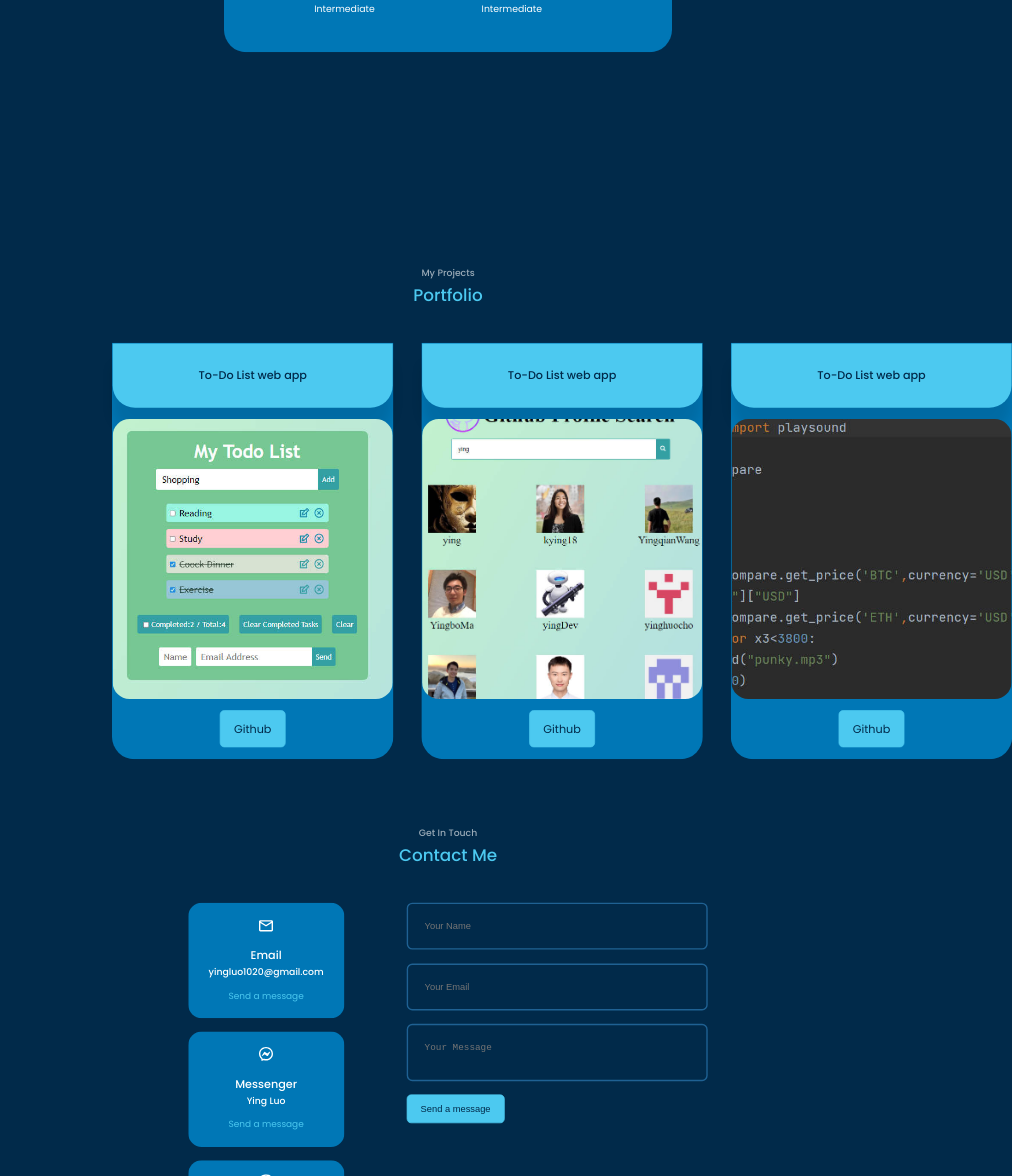
Repository: yingluo1020/react-portfolio-website
Page: /
These files come from the project's save history. The page is drawn as it stood at one moment and after the next save; the edit follows.
The browser window is 1280 px wide. The page is 1446 px wide, so the pictures cover 1446 px, including what lies to the right of the window. The pictures show the part of the page from y = 1662 to 3342 px (the page is 3983 px tall), at 70% of full size.
The project was rebuilt for these pictures with package versions that can differ from the ones it lists, and the page was loaded fresh each time. Imported but missing from the stored project, and not drawn on this page: src/assets/cv1.pdf.

Above is the page before, as saved 2022-03-16 10:39:08.

### src/index.css
@import url('https://fonts.googleapis.com/css2?family=Poppins:wght@300;400;500;600&display=swap');

* {
 margin: 0;
 padding: 0;
 border: 0;
 outline: 0;
 box-sizing: border-box;
 list-style: none;
 text-decoration: none;
}

:root {
    --color-bg:#012a4a;
    --color-bg-variant:#0077b6;
    --color-primary:#4cc9f0;
    --color-primary-variant:rgba(77,181,255,0.4);
    --color-white:#fff;
    --color-light:rgba(255,255,255,0.6);

    --transition:all 400ms ease;

    --container-width-lg:75%;
    --container-width-md:86%;
    --container-width-sm:90%;
}

html {
    scroll-behavior:smooth;
}

::-webkit-scrollbar {
    display: none;
}

body {
    font-family: 'Poppins', sans-serif;
    background: var(--color-bg);
    color:var(--color-white);
    line-height:1.7;
}

/* general styles */
.container {
    width:var(--container-width-lg);
    margin: 0 auto;
}

h1,
h2,
h3,
h4,
h5 {
    font-weight: 500;
}

h1 {
    font-size: 2.5rem;
}

section {
    margin-top: 5rem;
    min-height: 100vh;
}

section > h2, section > h5 {
    text-align: center;
    color: var(--color-light);
}

section > h2 {
    color: var(--color-primary);
    margin-bottom: 3rem;
}

.text-light {
    color: var(--color-light);
}

a {
    color: var(--color-primary);
    transition: var(--transition);
}

a:hover {
    color: var(--color-white);
}

.btn {
    width: max-content;
    display: inline-block;
    color: var(--color-primary);
    padding: 0.75rem 1.2rem;
    border-radius:0.4rem;
    cursor: pointer;
    border: 1px solid var(--color-primary);
    transition: var(--transition);
}

.btn:hover{
    background: var(--color-white);
    color: var(--color-bg);
    border-color: transparent;
}

.btn-primary {
    background: var(--color-primary);
    color: var(--color-bg);
}

img{
    display: block;
    width: 100%;
    object-fit: cover;
}

/* media queries(medium devices)*/
@media screen and (max-width:1024px) {
    .container {
        width: var(--container-width-sm);
    }

    section> h2 {
        margin-bottom: 2rem;
    }
}

### src/components/header/Header.js
import React from 'react'
import avatar from '../../assets/avatar.JPG'
import './header.css';
import CV from '../../assets/cv1.pdf'


function Header() {
    return (
        <header>
            <div className="container header_container">
                <h5>Hello, I'm</h5>
                <h1>Ying Luo</h1>
                <h5 className="text-light">Front-end Developer</h5>

                <div className='cta'>
                    <a href={CV} download className='btn'>Download My CV</a>
                    <a href="#contact" className='btn btn-primary'>Contact me</a>
                </div>
            </div>
        </header>
    )
}

export default Header

### src/components/nav/Nav.js
import React, { useState } from 'react'
import './nav.css'
import { AiOutlineHome, } from 'react-icons/ai'
import { AiOutlineUser } from 'react-icons/ai'
import { BiBook } from 'react-icons/bi'
import { AiOutlineFundProjectionScreen } from 'react-icons/ai'
import { BiMessageSquareDetail } from 'react-icons/bi'


function Nav() {
    const [activeNav, setActiveNav] = useState('#')
    return (
        <nav>
            <a href="#" onClick={() => setActiveNav('#')} className={activeNav === '#' ? 'active' : ''}><AiOutlineHome /></a>
            <a href="#about" onClick={() => setActiveNav('#about')} className={activeNav === '#about' ? 'active' : ''}><AiOutlineUser /></a>
            <a href="#experience" onClick={() => setActiveNav('#experience')} className={activeNav === '#experience' ? 'active' : ''}><BiBook /></a>
            <a href="#portfolio" onClick={() => setActiveNav('#services')} className={activeNav === '#services' ? 'active' : ''}><AiOutlineFundProjectionScreen /></a>
            <a href="#contact" onClick={() => setActiveNav('#contact')} className={activeNav === '#contact' ? 'active' : ''}><BiMessageSquareDetail /></a>
        </nav>
    )
}

export default Nav

### src/components/about/About.js
import React from 'react'
import avatar from '../../assets/avatar.JPG'
import { FaChalkboardTeacher } from 'react-icons/fa'
import { VscFolderLibrary } from 'react-icons/vsc'
import { FaGithub } from 'react-icons/fa';
import './about.css';

function About() {
    return (
        <section id='about'>
            <h5>My Intro</h5>
            <h2>About Me</h2>

            <div className="container about_container">
                <div className="about_me">
                    <div className="about_image">
                        <img src={avatar} alt="About Image" />
                    </div>
                </div>

                <div className="about_content">
                    <div className="about_cards">
                        <article className="about_card">
                            <FaChalkboardTeacher className='about_icon' />
                            <h5> Self-learner on Frontend </h5>
                            <small>HTML/CSS, JavaScript, React, Axios...</small>
                        </article>

                        <article className="about_card">
                            <VscFolderLibrary className='about_icon' />
                            <h5>Personal IT Projects </h5>
                            <small>10+ completed:  </small>
                            <a href="https://github.com/yingluo1020" target="_blank"><FaGithub /></a>
                        </article>
                    </div>

                    <p>I am a highly motivated self-learner software developer with experience in developing a wide range of web applications and software. My core experience is on building front-end applications using HTML, CSS, JavaScript and React. Furthermore, I have developed various automated applications using Python to reduce repetitive and time-consuming tasks. I am currently seeking to be a frontend developer where I can apply my knowledge and further develop my skills.
                        <a href="https://github.com/yingluo1020" target="_blank"><FaGithub /></a>
                    </p>
                    <div className="about_btn">
                        <a href="#contact" className="btn btn">Contact Me</a>
                        <a href="#" target="_blank" className="btn btn-primary">Go to My Projects</a>
                    </div>

                </div>
            </div>
        </section>
    )
}

export default About

### src/components/experience/Experience.js
import React from 'react'
import './experience.css';
import { BsPatchCheck } from 'react-icons/bs'


function Experience() {
    return (
        <section id='experience'>
            <h5>What Skills I Have</h5>
            <h2>My Experience</h2>

            <div className="container experience_container">
                <article className='experience_details'>
                    <BsPatchCheck className='experience_details-icon' />
                    <div>
                        <h4>HTML</h4>
                        <small className='text_light'>Experienced</small>
                    </div>
                </article>
                <article className='experience_details'>
                    <BsPatchCheck className='experience_details-icon' />
                    <div>
                        <h4>CSS</h4>
                        <small className='text_light'>Experienced</small>
                    </div>
                </article>
                <article className='experience_details'>
                    <BsPatchCheck className='experience_details-icon' />
                    <div>
                        <h4>JavaScript (ES6)</h4>
                        <small className='text_light'>Experienced</small>
                    </div>
                </article>
                <article className='experience_details'>
                    <BsPatchCheck className='experience_details-icon' />
                    <div>
                        <h4>React (Hooks, Router V6) </h4>
                        <small className='text_light'>Experienced</small>
                    </div>
                </article>
                <article className='experience_details'>
                    <BsPatchCheck className='experience_details-icon' />
                    <div>
                        <h4>Node JS</h4>
                        <small className='text_light'>Intermediate</small>
                    </div>
                </article>
                <article className='experience_details'>
                    <BsPatchCheck className='experience_details-icon' />
                    <div>
                        <h4>Python</h4>
                        <small className='text_light'>Intermediate</small>
                    </div>
                </article>
            </div>

        </section>
    )
}

export default Experience

### src/components/portfolio/Portfolio.js
import React from 'react'
import './portfolio.css';
import project1 from '../../assets/todo1.jpg'
import project2 from '../../assets/search.jpg'
import project3 from '../../assets/btc_alert.jpg'



function Portfolio() {
    return (
        <section id='portfolio'>
            <h5>My Projects</h5>
            <h2>Portfolio</h2>
            <div className="container portfolio_container ">
                <article className='portfolio'>
                    <div className="portfolio_head">
                        <h3 >To-Do List web app</h3>
                    </div>

                    <div className="portfolio_item-image">
                        <img src={project1} alt="project1" />
                    </div>

                    <div className="portfolio_link">
                        <a href="https://github.com" target='_blank' className='btn btn-primary'>Github</a>
                    </div>
                </article>

                <article className='portfolio'>
                    <div className="portfolio_head">
                        <h3 >To-Do List web app</h3>
                    </div>

                    <div className="portfolio_body">
                        <div className="portfolio_item-image">
                            <img src={project2} alt="project1" />
                        </div>
                    </div>
                    <div className="portfolio_link">
                        <a href="https://github.com" target='_blank' className='btn btn-primary'>Github</a>
                    </div>
                </article>

                <article className='portfolio'>
                    <div className="portfolio_head">
                        <h3 >To-Do List web app</h3>
                    </div>

                    <div className="portfolio_body">
                        <div className="portfolio_item-image">
                            <img src={project3} alt="project1" />
                        </div>
                    </div>
                    <div className="portfolio_link">
                        <a href="https://github.com" target='_blank' className='btn btn-primary'>Github</a>
                    </div>
                </article>

            </div>
        </section>
    )
}

export default Portfolio

### src/components/contact/Contact.js
import React, { useRef } from 'react'
import './contact.css'
import { MdOutlineEmail } from 'react-icons/md'
import { RiMessengerLine } from 'react-icons/ri'
import { BsWhatsapp } from 'react-icons/bs'
import emailjs from '@emailjs/browser';


function Contact() {
    const form = useRef();

    const sendEmail = (e) => {
        e.preventDefault();

        emailjs.sendForm('service_s6sapzl', 'template_utnko3u', form.current, 'user_Ak4JS85QR5w9GZLqKm3hY')

        alert(`I'll will reply you ASAP :)`)
        e.target.reset()
    };

    return (
        <section id="contact">
            <h5>Get In Touch</h5>
            <h2>Contact Me</h2>

            <div className="container contact_container">
                <div className="contact_options">
                    <article className='contact_option'>
                        <MdOutlineEmail className='contact_option-icon' />
                        <h4>Email</h4>
                        <h5>yingluo1020@gmail.com</h5>
                        <a href="mailto:yingluo1020@gmail.com" target='_blank'>Send a message</a>
                    </article>

                    <article className='contact_option'>
                        <RiMessengerLine className='contact_option-icon' />
                        <h4>Messenger</h4>
                        <h5>Ying Luo</h5>
                        <a href="https://m.me/yng.luo" target='_blank'>Send a message</a>
                    </article>

                    <article className='contact_option'>
                        <BsWhatsapp className='contact_option-icon' />
                        <h4>WhatsApp</h4>
                        <h5>+44 7407171383</h5>
                        <a href="https://api.whatsapp.com/send?phone+447407171383" target='_blank'>Send a message</a>
                    </article>
                </div>
                {/* End of contact options */}
                <form action="" ref={form} onSubmit={sendEmail}>
                    <input type="text" name='name' placeholder='Your Name' required />
                    <input type="email" name='email' placeholder='Your Email' required />
                    <textarea type="text" name='name' placeholder='Your Message' required ></textarea>
                    <button type="submit" className="btn btn-primary">Send a message</button>
                </form>

            </div>
        </section>

    )
}

export default Contact

### src/components/footer/Footer.js
import React from 'react'
import './footer.css'
import { BsLinkedin } from 'react-icons/bs';
import { FaGithub } from 'react-icons/fa';
import { FiDribbble } from 'react-icons/fi';


function Footer() {
    return (
        <footer>
            <a href="https://github.com/yingluo1020" target="_blank" className='footer_logo'><FaGithub /> Ying Luo</a>
            <ul className='permalinks'>
                <li><a href="#">Home</a></li>
                <li><a href="#about">About</a></li>
                <li><a href="#experience">Experience</a></li>
                <li><a href="#portfolio">Portfolio</a></li>
                <li><a href="#contact">Contact</a></li>
            </ul>

            <div className="footer_copyright">
                <small>&copy; All rights reserved by Ying Luo.</small>
            </div>
        </footer>
    )
}

export default Footer

### src/components/header/header.css
header {
    height: 50vh;
    padding-top: 5rem;
    overflow: hidden;
}

.header_container {
    text-align: center;
    height: 100%;
    position: relative;
}

.cta {
    margin: 2.5rem auto;
    display: flex;
    gap:1.2rem;
    justify-content: center;
}

.avatar {
    background: linear-gradient(var(--color-primary),transparent) ;
    width: 22rem;
    height: 30rem;
    position: absolute;
    left: calc(50% - 11rem);
    border-radius: 12rem 12rem 0 0 ;
    overflow: hidden;
    padding: 5rem 1.5rem 1.5rem 1.5rem;
}


/* media queries(medium devices)*/
@media screen and (max-width:1024px) {
    header {
        height: 68vh;
    }
}

/* media queries(small devices)*/
@media screen and (max-width:600px) {
   header {
       height: 100vh;
   }
}

### src/components/nav/nav.css
nav {
    background: rgba(0, 0, 0, 0.3);
    width: max-content;
    display: block;
    padding:0.7rem 1.7rem;
    z-index: 2;
    position: fixed;
    left: 50%;
    transform: translateX(-50%);
    bottom: 2rem;
    display: flex;
    gap: 0.8rem;
    border-radius: 3rem;
    /* backdrop-filter: blur(15px); */
}

nav a {
    background: transparent;
    padding: 0.9rem;
    border-radius:50% ;
    display: flex;
    color: var(--color-light);
    font-size: 1.1rem;
}

nav a:hover{
    background: rgba(0, 0, 0, 0.3);
}

nav a.active {
    background: var(--color-primary);
    color: var(--color-bg);
}

### src/components/about/about.css
.about_container {
    display: grid;
    grid-template-columns: 35% 50%;
    gap: 15%;
}

.about_me{
    width: 100%;
    aspect-ratio: 0.95/1;
    border-radius: 2rem;
    background: linear-gradient(45deg,transparent,var( --color-primary),transparent);
    display: grid;
    place-items: center;
}

.about_image {
    border-radius: 2rem;
    overflow: hidden;
    transform: rotate(10deg);
    transition: var(--transition);
}

.about_image:hover{
    transform: rotate(0);
}

.about_image img {
    width: 75%;
    margin: 0 auto;
}
.about_cards {
    display: grid;
    grid-template-columns: repeat(2,1fr);
    gap: 1.5rem;
}

.about_card {
    background: var(--color-bg-variant);
    border:1px solid transparent ;
    border-radius: 1rem;
    padding: 2rem;
    text-align: center;
    transition: var(--transition);
}

.about_card:hover {
    background:transparent;
    border-color:var(--color-primary-variant) ;
    cursor: default;
}

.about_icon {
    color: var(--color-primary);
    font-size: 1.4rem;
    margin-bottom: 1rem;
}

.about_card h5 {
    font-size: 0.9rem;
}

.about_card small {
    font-size: 0.7rem;
    color: var(--color-light);
}
.about_content{
    height: fit-content;
}
.about_content p {
    margin: 2rem 0 2.6rem;
    color: var(--color-light);
}

.about_content .about_btn {
    display: flex;
    gap:1.2rem;
}

/* media queries(medium devices)*/
@media screen and (max-width:1024px) {
    .about_container {
        grid-template-columns: 1fr ;
        gap:0;
    }

    .about_me{
        width: 50%;
        margin: 2rem auto 4rem;
    }

    .about_content p {
        margin: 1rem 0 1.5rem;
    }
}

/* media queries(small devices)*/
@media screen and (max-width:600px) {
    .about_me{
        width: 65%;
        margin: 0 auto 3rem;
    }

    .about_cards {
        grid-template-columns: 1fr 1fr;
        gap: 1rem;
    }

    .about_content {
        text-align: center;
    }

    .about_content p {
        margin: 1.5rem 0.5rem;
    }
}

### src/components/experience/experience.css
.experience_container{
    width: 50%;
    display: grid;
    grid-template-columns: 1fr 1fr;
    justify-items:  stretch;
    row-gap: 3rem ;
    background: var(--color-bg-variant);
    padding: 3rem 5rem;
    border-radius: 2rem;
    border: 1px solid transparent;
    transition: var(--transition);
}


.experience_container:hover{
    background: transparent;
    border-color: var(--color-primary-variant);
    cursor: default;
}


.experience_details {
    display: flex;
    gap: 2rem;
}

.experience_details-icon{
    margin-top: 6px;
    color: var(--color-primary);
}

/* media queries(medium devices)*/
@media screen and (max-width:1024px) {
    .experience_container  {
        width: 80%;
        padding: 2rem;
        margin: 0 auto;
    }

}

/* media queries(small devices)*/
@media screen and (max-width:600px) {
    .experience_container{
        width: 100%;
        grid-template-columns: 1fr;
        padding: 1rem;
    }

}

### src/components/portfolio/portfolio.css
.portfolio_container{
    display: grid;
    grid-template-columns: repeat(3,1fr);
    gap: 2.5rem;
}

.portfolio {
    background: var(--color-bg-variant);
    border-radius:0 0 2rem 2rem;
    border: 1px solid transparent;
    /* height: fit-content; */
    transition: var(--transition);
}

.portfolio:hover {
    background: transparent;
    border-color: var(--color-primary-variant);
    transition: var(--transition);
}

.portfolio_head{
    background: var(--color-primary);
    border-radius:0 0 2rem 2rem;
    padding: 2rem;
    box-shadow: 0 2rem 1rem rgba(0,0,0,0.1);
}

.portfolio_head h3 {
    text-align: center;
    font-size: 1rem;
    color: var(--color-bg);
}

.portfolio_item-image {
    width: 25rem;
    height: 25rem;
    /* aspect-ratio: 1/1;   */
    border-radius: 1.5rem;
    overflow: hidden;
    margin: 1rem auto;
}

.portfolio_item-image img {
    width: 100%;
    height: 100%;
}

.portfolio_link {
    display: flex;
    justify-content: center;
    margin: 1rem 0;
}


/* media queries(medium devices)*/
@media screen and (max-width:1024px) {
    .portfolio_container{
        grid-template-columns: 1fr 1fr;
        gap: 1.2rem;
    }
}

/* media queries(small devices)*/
@media screen and (max-width:600px) {
    .portfolio_container {
        grid-template-columns: 1fr;
        gap: 1rem;
    }
}

### src/components/contact/contact.css
.contact_container {
    width: 58%;
    display: grid;
    grid-template-columns: 30% 58%;
    gap: 12%;
}

.contact_options {
    display: flex;
    flex-direction: column;
    gap: 1.2rem;
}

.contact_option{
    background: var(--color-bg-variant);
    padding: 1.2rem ;
    border-radius:1.2rem;
    border: 1px solid transparent;
    text-align: center;
    transition: var(--transition);
}

.contact_option:hover{
    background: transparent;
    border-color: var(--color-primary-variant);
}

.contact_option-icon{
    font-size: 1.5rem;
    margin-bottom: 0.5rem;
}

.contact_option a {
    margin-top: 0.7rem;
    display: inline-block;
    font-size: 0.8rem;
}

/* form */
form {
    display: flex;
    flex-direction: column;
    gap: 1.2rem;
}

input, textarea{
    width: 100%;
    padding: 1.5rem ;
    border-radius:0.5rem;
    border: 2px solid var(--color-primary-variant);
    background: transparent;
    resize: none; /* 元素不能被用户缩放。 */
    color: var(--color-white);
}

/* media queries(medium devices)*/
@media screen and (max-width:1024px) {
    .contact_container {
        grid-template-columns: 1fr;
        gap: 2rem;
    }

}

/* media queries(small devices)*/
@media screen and (max-width:600px) {
    .contact_container{
        width: var(--container-width-sm);
    }
}

### src/components/footer/footer.css
footer {
    background: var(--color-primary);
    padding: 2rem 0;
    text-align: center;
    font-size: 0.9rem;
    margin-top: 7rem;
}

footer a {
    color: var(--color-bg);
}

.footer_logo{
    font-size: 2rem;
    font-weight: 500;
    margin-bottom: 2rem;
    display: inline-block;
}

.permalinks{
    display: flex;
    flex-wrap: wrap;
    justify-content: center;
    gap: 2rem;
    margin: 0 auto 3rem;
}

.footer_socials{
    display: flex;
    justify-content: center;
    gap: 1rem;
    margin-bottom: 4rem;
}

.footer_socials a {
    display: flex;
    background: var(--color-bg);
    color: var(--color-white);
    padding: 0.8rem;
    border-radius: 0.7rem;
    border: 1px solid transparent;
    transition: var(--transition);
}

.footer_socials a:hover{
    background: transparent;
    color: var(--color-bg);
    border-color: var(--color-bg);
}

.footer_copyright {
    margin-bottom: 4rem;
    color: var(--color-bg);
}

/* media queries(small devices)*/
@media screen and (max-width:600px) {
    .permalinks{
        flex-direction: column;
        gap: 1.5rem;
    }

    .footer_socials{
        margin-bottom: 2.6rem;
    }
}

Loaded but not shown: public/index.html (common file); src/index.js (common file); src/App.js (common file)

After the next save:
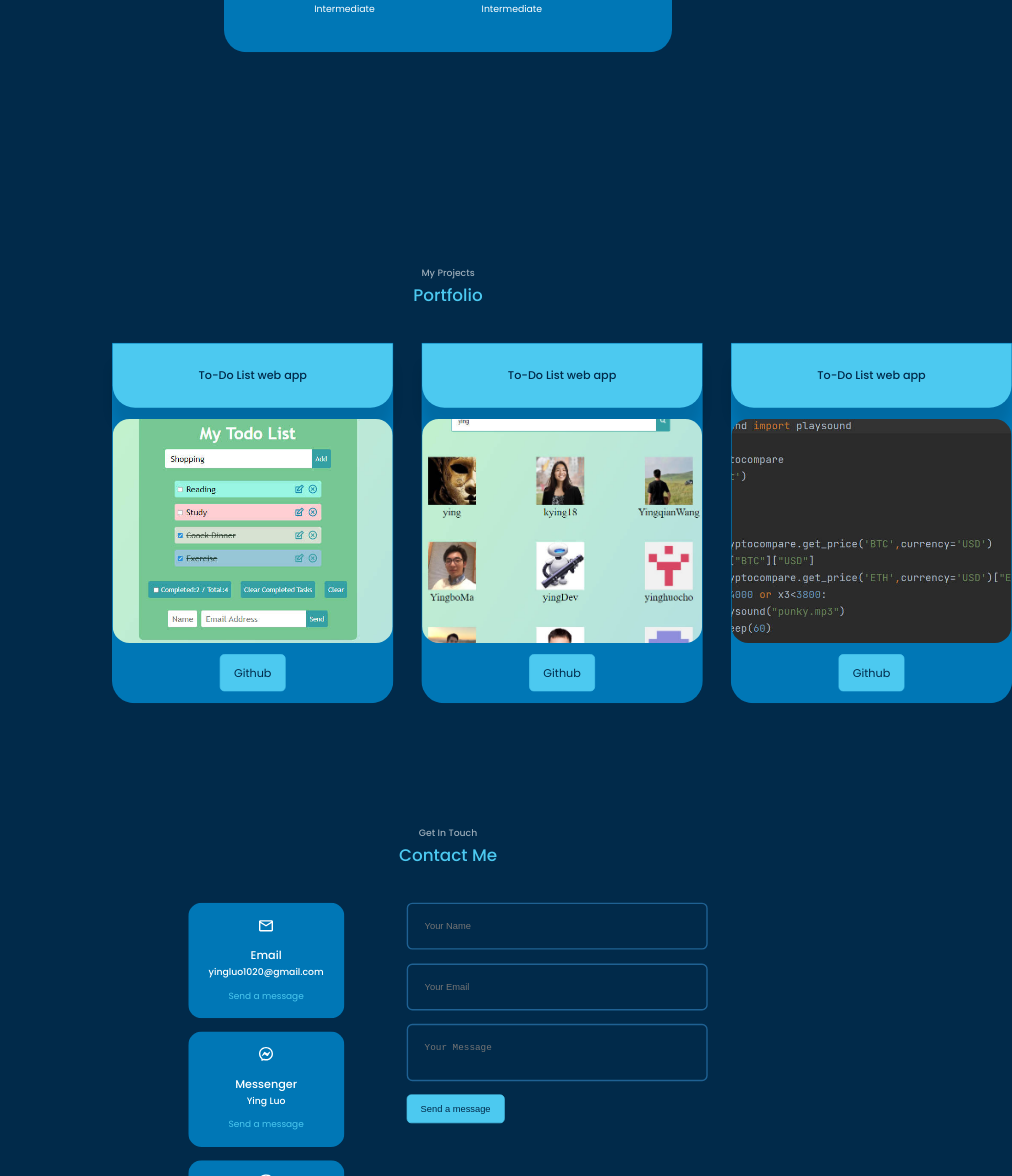
Saved 6 s later.
--- a/src/components/portfolio/portfolio.css
+++ b/src/components/portfolio/portfolio.css
@@ -33,7 +33,7 @@
 
 .portfolio_item-image {
     width: 25rem;
-    height: 25rem;
+    height: 20rem;
     /* aspect-ratio: 1/1;   */
     border-radius: 1.5rem;
     overflow: hidden;
